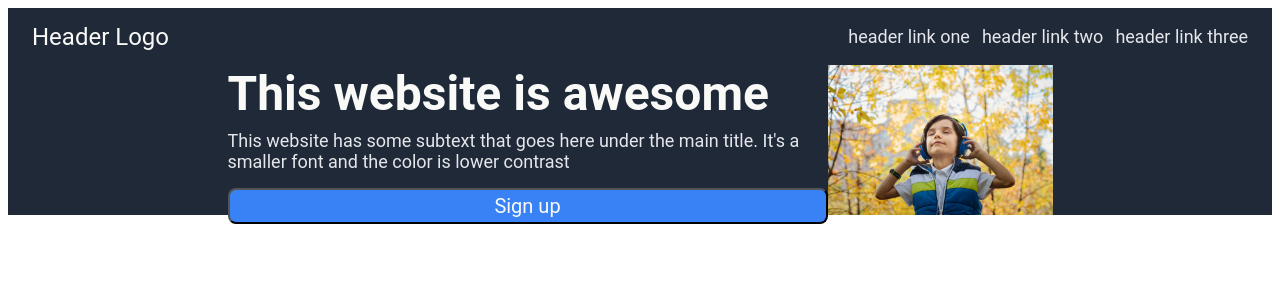
Repository: z1youRA/FirstWebsite
Page: index.html
The author's editor kept a copy of each file at every save. The page is drawn from the files as they stood at one save, then again after the next save.
The browser window is 1280 px wide. The pictures show the whole page.

Above is the page before, as saved 2021-11-25 17:28:37.

### index.html
<!DOCTYPE html>
<html lang="en">
<head>
    <meta charset="UTF-8">
    <meta http-equiv="X-UA-Compatible" content="IE=edge">
    <meta name="viewport" content="width=device-width, initial-scale=1.0">
    <title>The Odin Project</title>
    <link rel="stylesheet" href="styles.css">
</head>
<body>
    <div class="hero">
        <div class="header">
            <div class="logo">Header Logo</div>
                <ul class="right-links">
                    <li><a href="google.com">header link one</a></li>
                    <li><a href="google.com">header link two</a></li>
                    <li><a href="google.com">header link three</a></li>
                </ul>
        </div>
        <div class="container">
            <div class="text">
                <div class="main">This website is awesome</div>
                <div class="secondary">This website has some subtext that goes here under the main title. It's a smaller font and the color is lower contrast</div>
                <button>Sign up</button>
            </div>
            <img src="images/hero.jpg">
        </div>
    </div>

</body>
</html>

### styles.css
* {
    font-family:roboto, 'Gill Sans', 'Gill Sans MT', Calibri, 'Trebuchet MS', sans-serif;
}

.hero {
    background-color: #1f2937;
    display: flex;
    flex-direction: column;
}

.header {
    display: flex;
    align-items: center;
    justify-content: space-between;
    padding: 0 24px 0;
}

.container {
    display: flex;
    align-items: center;
    justify-content: center;
}

button {
    background-color: #3882f6;
    color: #F9FAF8;
    border-radius: 8px;
    font-size: 20px;
    padding: 4px 16px;
}

.text {
    display: flex;
    flex-direction: column;
    justify-content: space-between;
    height: 150px;
    max-width: 600px;
    flex-wrap: nowrap;
}

.hero img {
    max-height: 150px;
}

.header .logo {
    font-size: 24px;
    color: #F9FAF8;
}

.header .right-links {
    font-size: 18px;
    color: #e5e7eb;
    display: flex;
    flex-direction: row;
    gap: 12px;
}

.hero .main {
    font-size: 48px;
    font-weight:bolder;
    color: #F9FAF8;
    margin-bottom: 8px;
}

.hero .secondary {
    font-size: 18px;
    color: #e5e7eb;
    margin-bottom: 16px;
}

ul {
    list-style-type: none;
}

.header a {
    text-decoration: none;
    color: #e5e7eb;
}

After the next save:
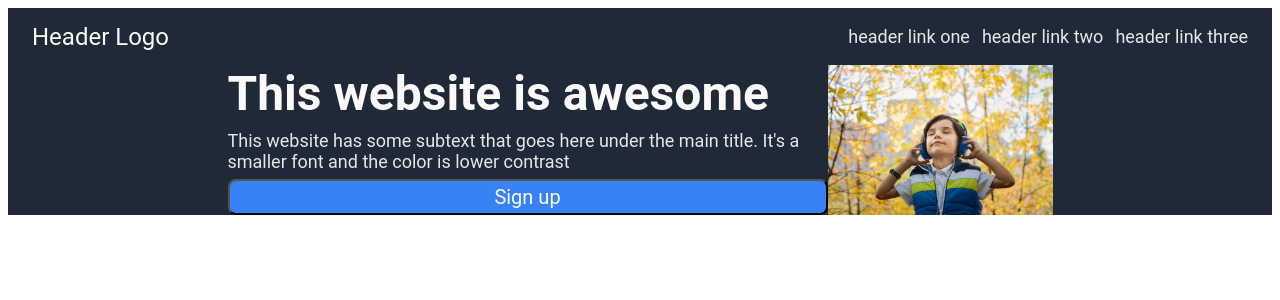
Saved 29 s later.
--- a/styles.css
+++ b/styles.css
@@ -59,13 +59,11 @@ button {
     font-size: 48px;
     font-weight:bolder;
     color: #F9FAF8;
-    margin-bottom: 8px;
 }
 
 .hero .secondary {
     font-size: 18px;
     color: #e5e7eb;
-    margin-bottom: 16px;
 }
 
 ul {
